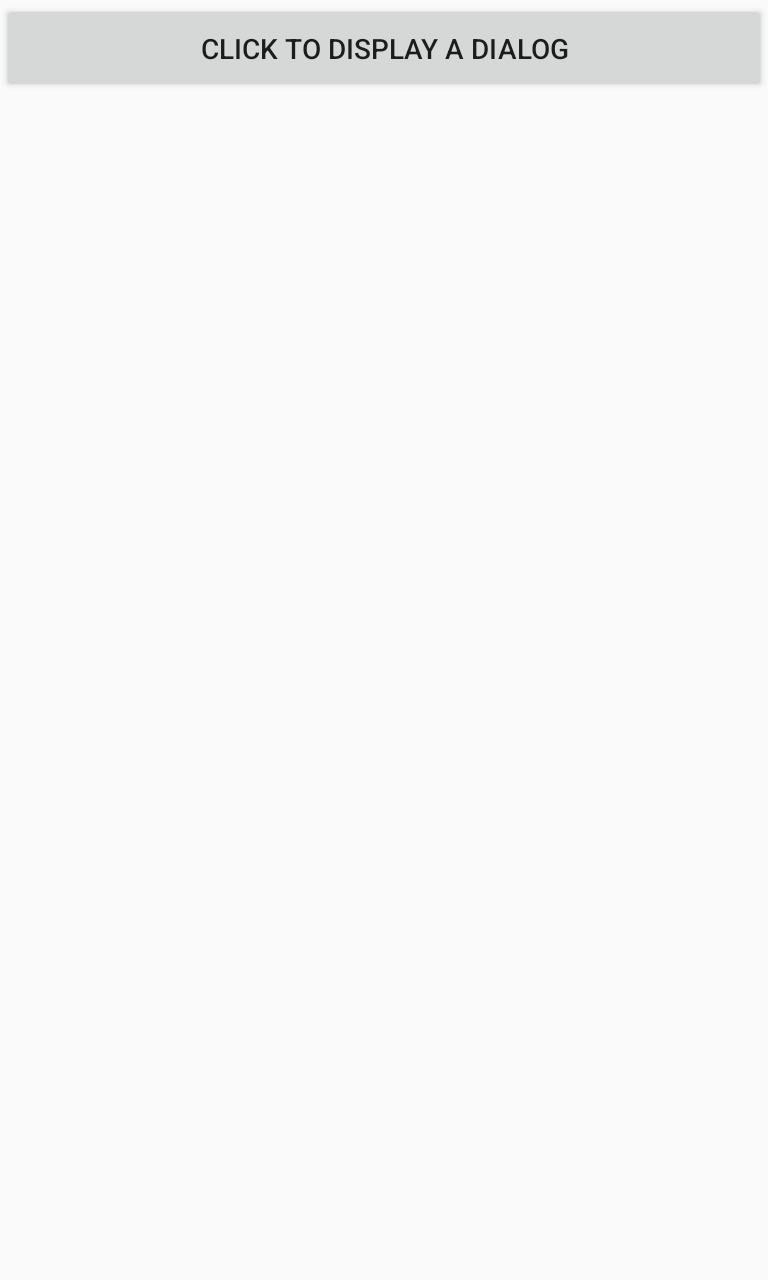
Repository: zieckey/androidworkspace
Layout: Dialog/res/layout/activity_main.xml
These files come from the project's save history. The layout is drawn as it stood at one moment and after the next save; the edit follows.
It is drawn on a 768 x 1280 px phone screen (xhdpi) without system bars, with theme AppTheme; the app's code is not run.

Above is the layout before, as saved 2014-09-04 12:38:40.

### Dialog/res/layout/activity_main.xml
<LinearLayout xmlns:android="http://schemas.android.com/apk/res/android"
    xmlns:tools="http://schemas.android.com/tools"
    android:id="@+id/container"
    android:layout_width="match_parent"
    android:layout_height="match_parent"
    android:orientation="vertical"
    tools:context="com.jely.dialog.MainActivity"
    tools:ignore="MergeRootFrame" >

    <Button
        android:id="@+id/btn_dialog"
        android:layout_width="match_parent"
        android:layout_height="wrap_content"
        android:text="@string/click_btn_text"
        android:onClick="onClick"
        />
</LinearLayout>

### Dialog/res/values/strings.xml
<?xml version="1.0" encoding="utf-8"?>
<resources>

    <string name="app_name">Dialog</string>
    <string name="hello_world">Hello world!</string>
    <string name="action_settings">Settings</string>
	<string name="click_btn_text">Click to display a dialog</string>
</resources>

Loaded but not shown: Dialog/res/values/styles.xml (common file); Dialog/res/values-v11/styles.xml (common file); Dialog/res/values-v14/styles.xml (common file)

After the next save:
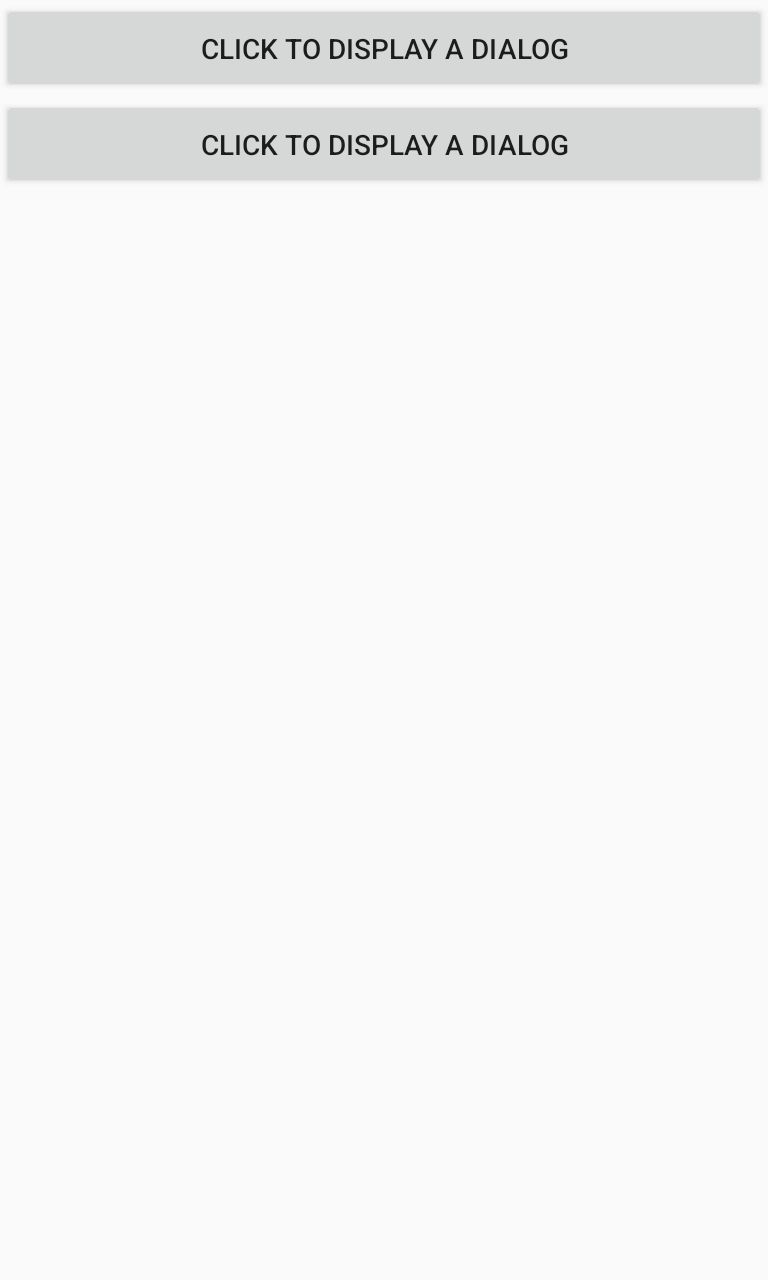
Saved 11 min 47 s later.
--- a/Dialog/res/layout/activity_main.xml
+++ b/Dialog/res/layout/activity_main.xml
@@ -14,4 +14,12 @@
         android:text="@string/click_btn_text"
         android:onClick="onClick"
         />
+
+    <Button
+        android:id="@+id/btn_dialog"
+        android:layout_width="match_parent"
+        android:layout_height="wrap_content"
+        android:text="@string/click_btn_text"
+        android:onClick="onClick"
+        />
 </LinearLayout>
